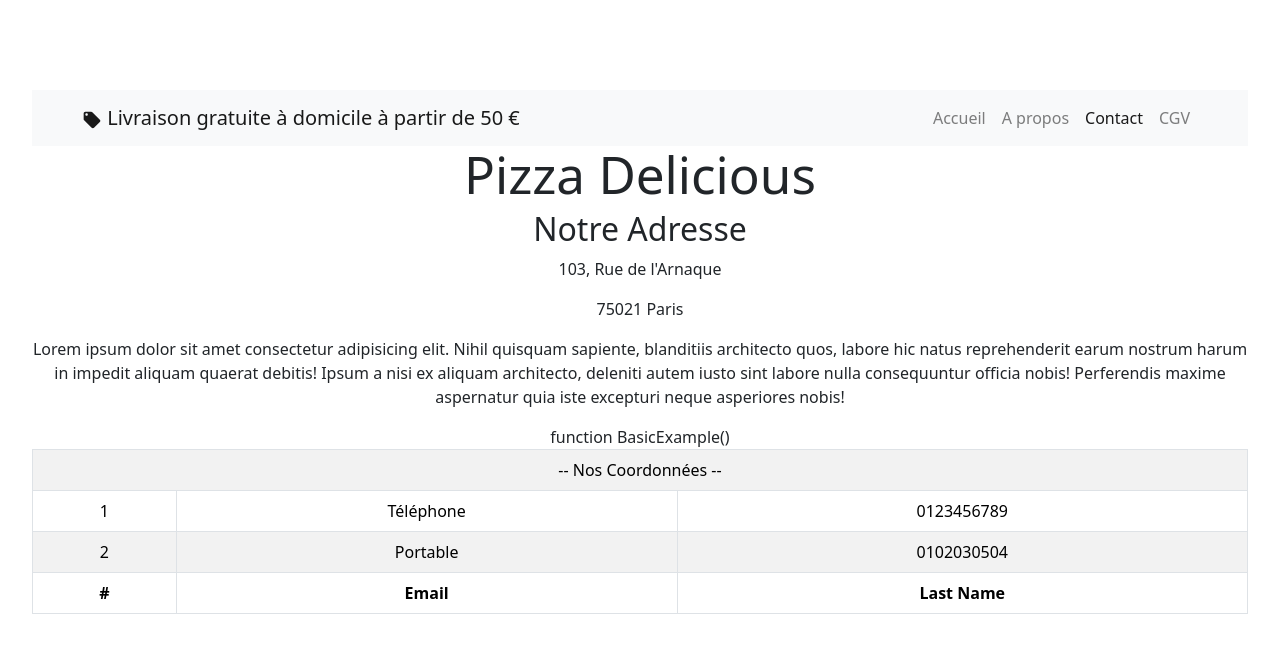
Repository: IchibanDZ/afpadev
Page: /contact (app in Desktop/dev/Pizza/)
An editor plug-in stored every save of this project. The page is shown before and after a run of saves, followed by the edit.
The browser window is 1280 px wide. The pictures show the whole page.
The project was rebuilt for these pictures with package versions that can differ from the ones it lists, and the page was loaded fresh each time. Also part of the build but not shown: Desktop/dev/Pizza/vite.config.js, Desktop/dev/Pizza/src/components/header/header.css, Desktop/dev/Pizza/src/components/home/home.css, Desktop/dev/Pizza/src/components/about/About.css, Desktop/dev/Pizza/app_pizzeria/pizza-data.js, Desktop/dev/Pizza/src/components/about/About.jsx, Desktop/dev/Pizza/src/components/home/Home.jsx, Desktop/dev/Pizza/src/components/Apropos/Apropos.jsx and 1 more.

Above is the page before, as saved 2024-08-22 11:10:35.

After the next 2 saves:
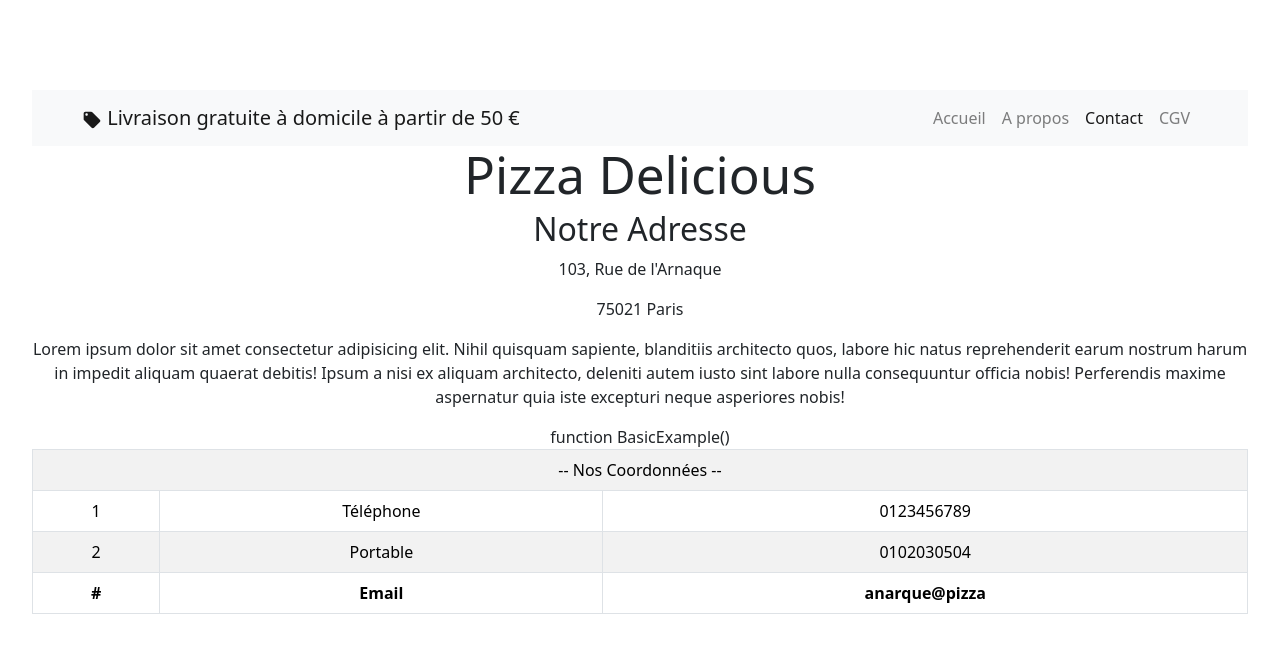
The 2 saves are shown as one change because they came seconds apart.
The last was saved 11 s later.
--- a/Desktop/dev/Pizza/src/components/contact/Contact.jsx
+++ b/Desktop/dev/Pizza/src/components/contact/Contact.jsx
@@ -35,7 +35,7 @@ const Contact = () => {
         <tr>
           <th>#</th>
           <th>Email</th>
-          <th>Last Name</th>
+          <th>anarque@pizza</th>
 
         </tr>
 
